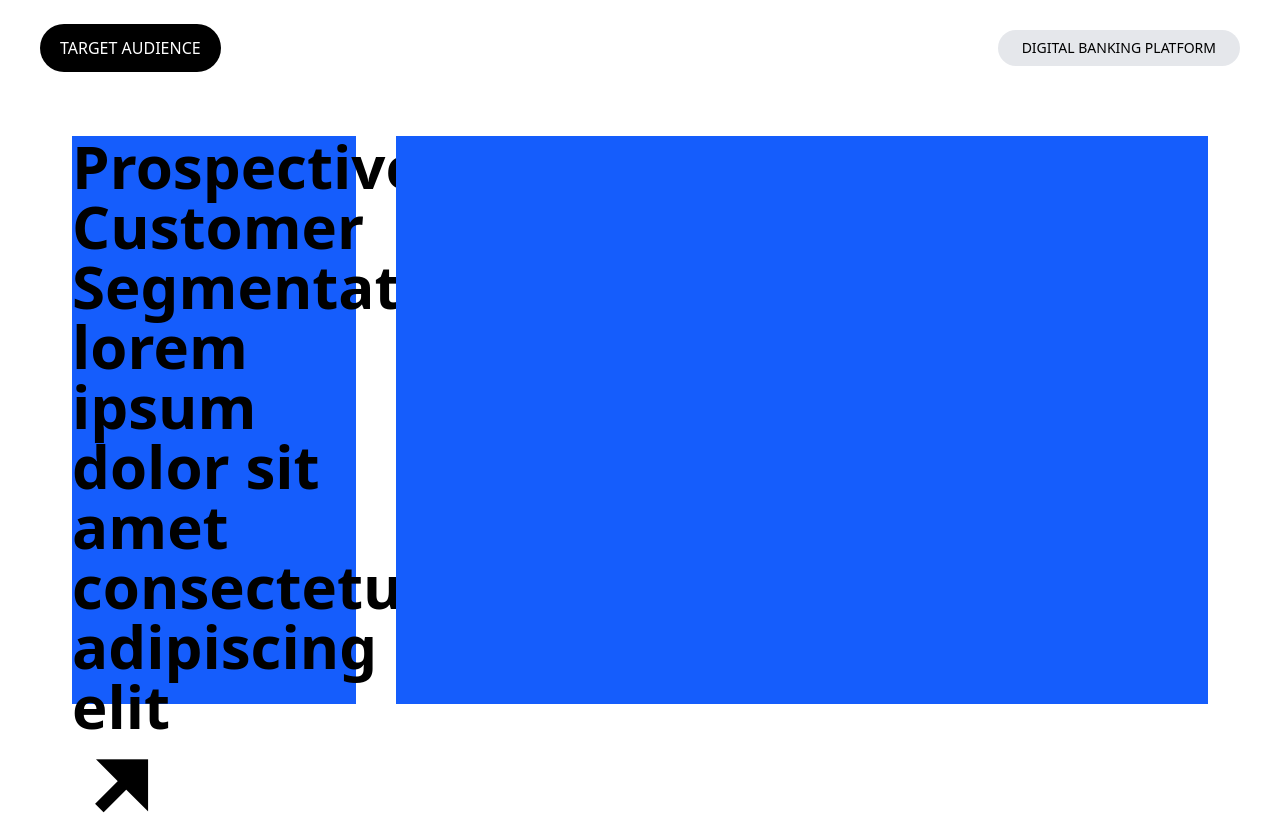
Repository: Mohitkumar1322/ReactTut
Page: / (app in projectSher1/)
The author's editor kept a copy of each file at every save. The page is drawn from the files as they stood at one save, then again after a run of saves.
The browser window is 1280 px wide. The pictures show the whole page.
The project was rebuilt for these pictures with package versions that can differ from the ones it lists, and the page was loaded fresh each time. Also part of the build but not shown: projectSher1/vite.config.js.

Above is the page before, as saved 2025-11-16 14:07:01.

After the next 2 saves:
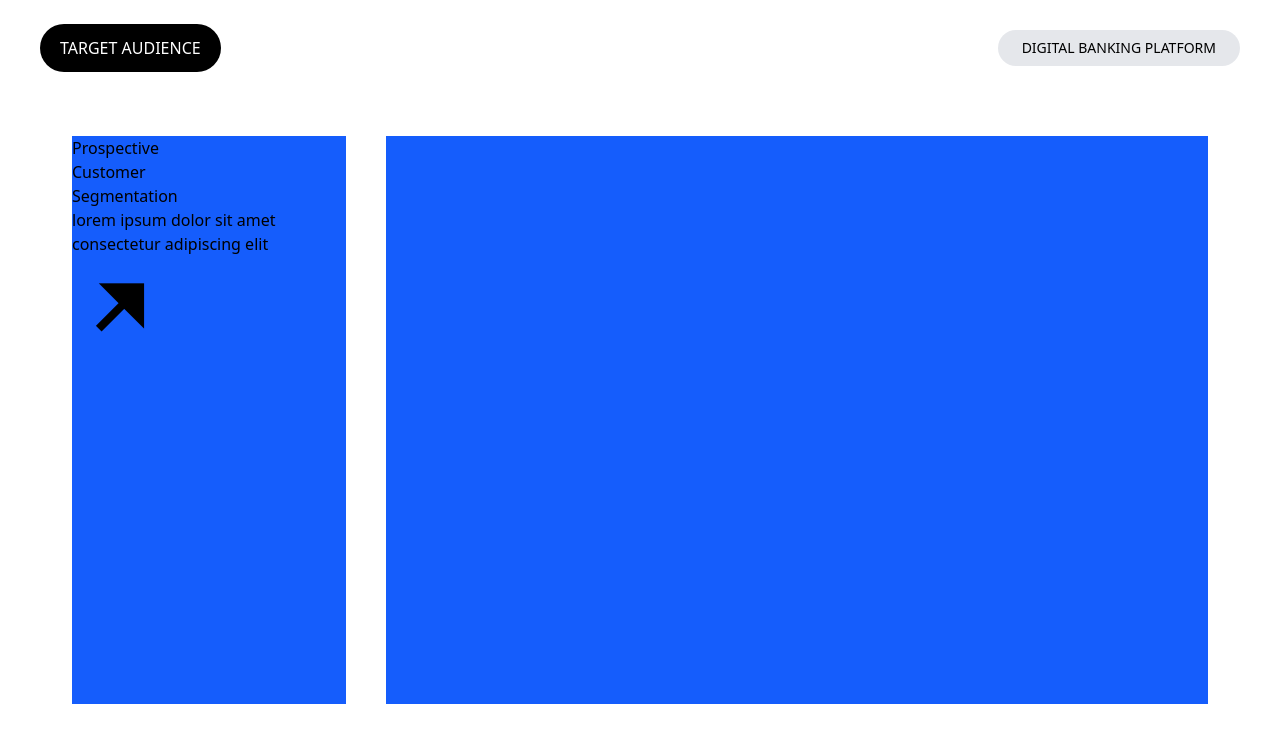
The 2 saves are shown as one change because they came seconds apart.
The last was saved 19 s later.
--- a/projectSher1/src/components/Section1/LeftContent.jsx
+++ b/projectSher1/src/components/Section1/LeftContent.jsx
@@ -2,8 +2,8 @@ import React from 'react'
 
 const LeftContent = () => {
   return (
-    <div className='h-full w-1/4 bg-blue-600 text-6xl font-bold '>
-      <div>
+    <div className='h-full w-1/4 bg-blue-600  '>
+      <div >
         <h3>
             Prospective<br></br> <span>Customer</span> <br />Segmentation
         </h3>
